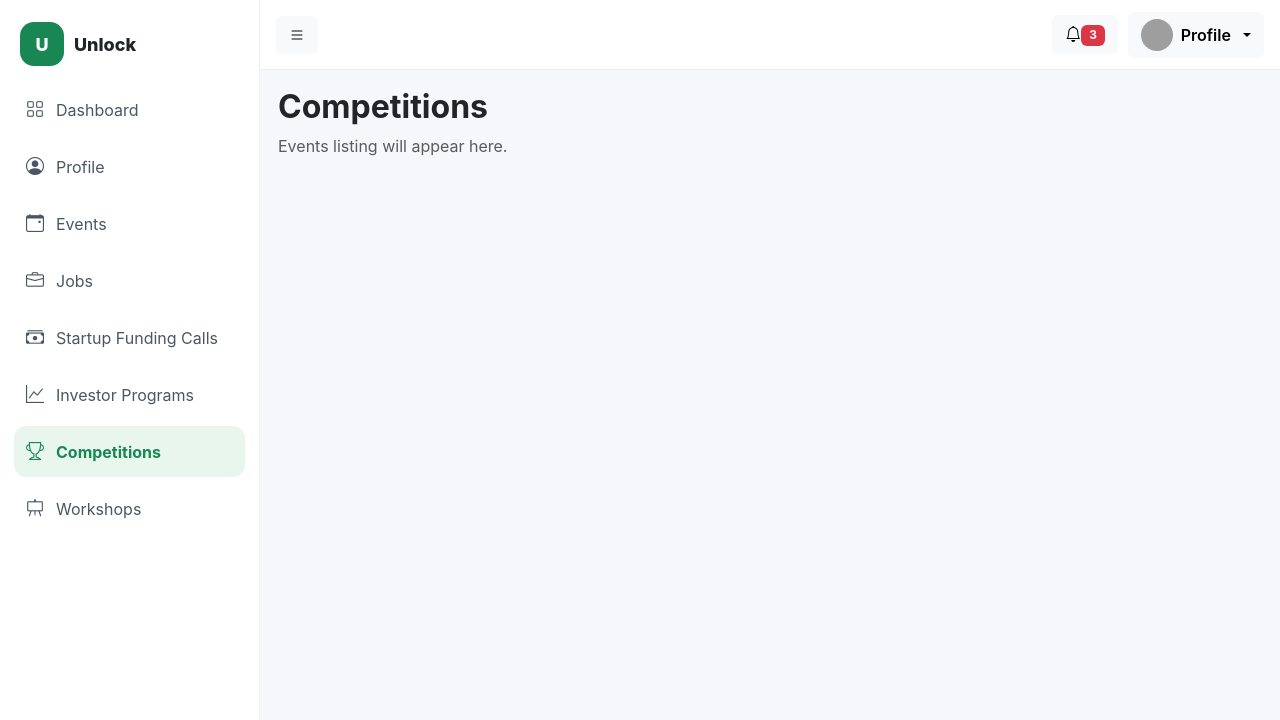
Repository: avmaurya07/unlock-dashboard
Page: /publisher/competitions
An editor plug-in stored every save of this project. The page is shown before and after the next save, followed by the edit.
The browser window is 1280 px wide. The pictures show the whole page.
Pictures or frames that could not be fetched are drawn as grey boxes. The project was rebuilt for these pictures with package versions that can differ from the ones it lists, and the page was loaded fresh each time. Also part of the build but not shown: vite.config.js, src/index.css, src/pages/Login.jsx, src/components/Sidebar.jsx, src/components/Topbar.jsx, src/layout/MainLayout.jsx, src/components/DashboardCard.jsx, src/pages/Dashboard.jsx and 28 more.

Above is the page before, as saved 2026-01-09 17:02:28.

After the next save:
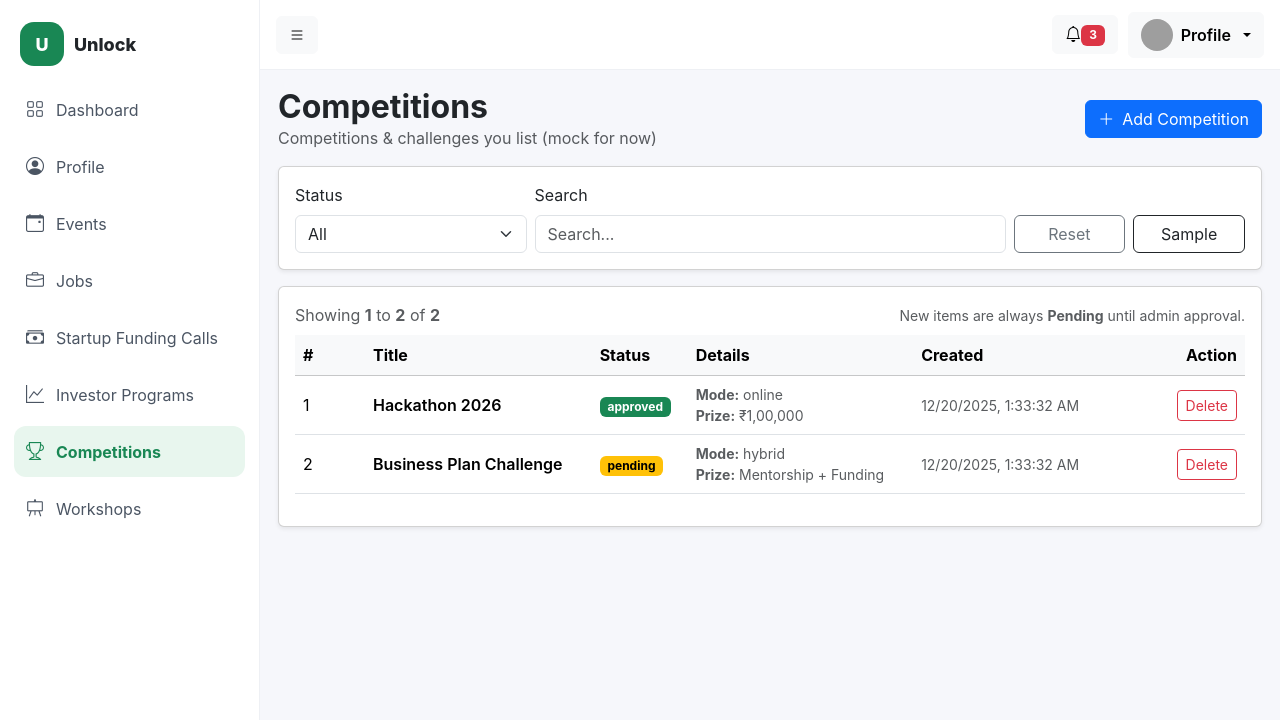
Saved 11 s later.
--- a/src/pages/publisher/Competitions.jsx
+++ b/src/pages/publisher/Competitions.jsx
@@ -1,8 +1,35 @@
-export default function Events() {
+import ListingManager from "./ListingManager";
+
+export default function Competitions() {
   return (
-    <div>
-      <h2 className="mb-2">Competitions</h2>
-      <p className="text-muted">Events listing will appear here.</p>
-    </div>
+    <ListingManager
+      typeKey="competitions"
+      title="Competitions"
+      subtitle="Competitions & challenges you list (mock for now)"
+      addButtonText="Add Competition"
+      searchKeys={["title", "mode", "prize"]}
+      fields={[
+        { name: "title", label: "Competition Title", required: true, col: "col-12" },
+        {
+          name: "mode",
+          label: "Mode",
+          type: "select",
+          col: "col-md-6",
+          options: [
+            { value: "online", label: "Online" },
+            { value: "offline", label: "Offline" },
+            { value: "hybrid", label: "Hybrid" },
+          ],
+        },
+        { name: "prize", label: "Prize", col: "col-md-6", placeholder: "e.g. ₹1,00,000" },
+        { name: "deadline", label: "Deadline", type: "date", col: "col-md-6" },
+        { name: "location", label: "Location", col: "col-md-6" },
+        { name: "description", label: "Details", type: "textarea", required: true, col: "col-12" },
+      ]}
+      sampleData={[
+        { _id: "c1", title: "Hackathon 2026", mode: "online", prize: "₹1,00,000", status: "approved", createdAt: new Date().toISOString() },
+        { _id: "c2", title: "Business Plan Challenge", mode: "hybrid", prize: "Mentorship + Funding", status: "pending", createdAt: new Date().toISOString() },
+      ]}
+    />
   );
 }
